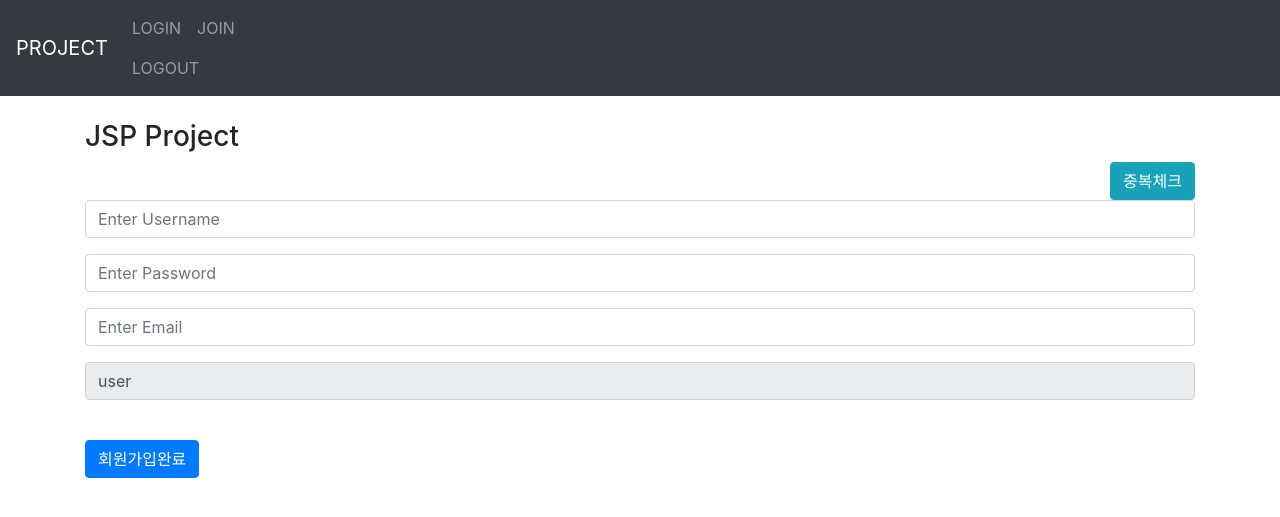
Repository: KuTaeMo/JSP-Project
Page: http://localhost/project/user/join.jsp
The author's editor kept a copy of each file at every save. The page is drawn from the files as they stood at one save, then again after the next save.
The browser window is 1280 px wide. The pictures show the whole page.
The page is served by Tomcat 9. Other server files are loaded and not shown.

Above is the page before, as saved 2021-01-12 04:25:05.

### project/WebContent/user/join.jsp
<%@ page language="java" contentType="text/html; charset=UTF-8"
	pageEncoding="UTF-8"%>

<%@ include file="../layout/header.jsp"%>

<div class="container">
	<form action="/project/user?cmd=join" method="post"
		onsubmit="return valid()" >
		<div class="d-flex justify-content-end">
			<button type="button" class="btn btn-info" onClick="usernameCheck()">중복체크</button>
		</div>
		<div class="form-group">
			<input type="text" name="username" id="username" class="form-control"
				placeholder="Enter Username" required />
		</div>

		<div class="form-group">
			<input type="password" name="password" class="form-control"
				placeholder="Enter Password" required />
		</div>

		<div class="form-group">
			<input type="email" name="email" class="form-control"
				placeholder="Enter Email" required />
		</div>

		<div class="form-group">
			<input type="text" name="role" id="role" class="form-control"
				value="user" placeholder="Default role : USER" required readonly />
		</div>
		<br />
		<button type="submit" class="btn btn-primary">회원가입완료</button>
	</form>
</div>
<script>
	var isChecking = false; //중복체크 변수

	function valid() {
		if (isChecking == false) {
			alert("아이디 중복체크를 해주세요");
		}
		return isChecking;
	}
	function usernameCheck() {
		// DB에서 확인해서 정상이면 isChecking = true
		var username = $("#username").val();
		$.ajax({
			type : "POST",
			url : "/project/user?cmd=usernameCheck",
			data : username,
			contentType : "text/plain; charset=utf-8",
			dataType : "text" // 응답 받을 데이터의 타입을 적으면 자바스크립트 오브젝트로 파싱해줌.
		}).done(function(data) {
			if (data === 'ok') { // 유저네임 있다는 것
				isChecking = false; //false로 바꿔줘야 중복아닌 것 체크하고 나서 다시 체크할 때
									//검사가능
				alert('유저네임이 중복되었습니다.')
			} else {
				isChecking = true;
				$("#username").attr("readonly", "readonly");
				alert("해당 유저네임을 사용할 수 있습니다.")
			}
		});
	}
</script>
</body>
</html>

### project/WebContent/layout/header.jsp
<!DOCTYPE html>
<html lang="en">
<head>
<title>JSP Project</title>
<meta charset="utf-8">
<meta name="viewport" content="width=device-width, initial-scale=1">
<link rel="stylesheet"
	href="https://maxcdn.bootstrapcdn.com/bootstrap/4.5.2/css/bootstrap.min.css">
<script
	src="https://ajax.googleapis.com/ajax/libs/jquery/3.5.1/jquery.min.js"></script>
<script
	src="https://cdnjs.cloudflare.com/ajax/libs/popper.js/1.16.0/umd/popper.min.js"></script>
<script
	src="https://maxcdn.bootstrapcdn.com/bootstrap/4.5.2/js/bootstrap.min.js"></script>
</head>
<body>

	<nav class="navbar navbar-expand-md bg-dark navbar-dark">
		<a class="navbar-brand" href="<%=request.getContextPath()%>/index.jsp">PROJECT</a>
		<button class="navbar-toggler" type="button" data-toggle="collapse"
			data-target="#collapsibleNavbar">
			<span class="navbar-toggler-icon"></span>
		</button>

		<c:choose>
			<c:when test="${sessionScope.principal == null}">
				<div class="collapse navbar-collapse" id="collapsibleNavbar">
					<ul class="navbar-nav">
						<li class="nav-item"><a class="nav-link"
							href="<%=request.getContextPath()%>/user?cmd=loginForm">LOGIN</a>
						</li>
						<li class="nav-item"><a class="nav-link"
							href="<%=request.getContextPath()%>/user?cmd=joinForm">JOIN</a></li>
					</ul>
				</div>
			</c:when>
			<c:otherwise>
				<div class="collapse navbar-collapse" id="collapsibleNavbar">
					<ul class="navbar-nav">
						<li class="nav-item"><a class="nav-link"
							href="<%=request.getContextPath()%>/user?cmd=logout">LOGOUT</a></li>
					</ul>
				</div>
			</c:otherwise>
		</c:choose>
	</nav>

	<br>

	<div class="container">
		<h3>JSP Project</h3>

	</div>

</body>
</html>

After the next save:
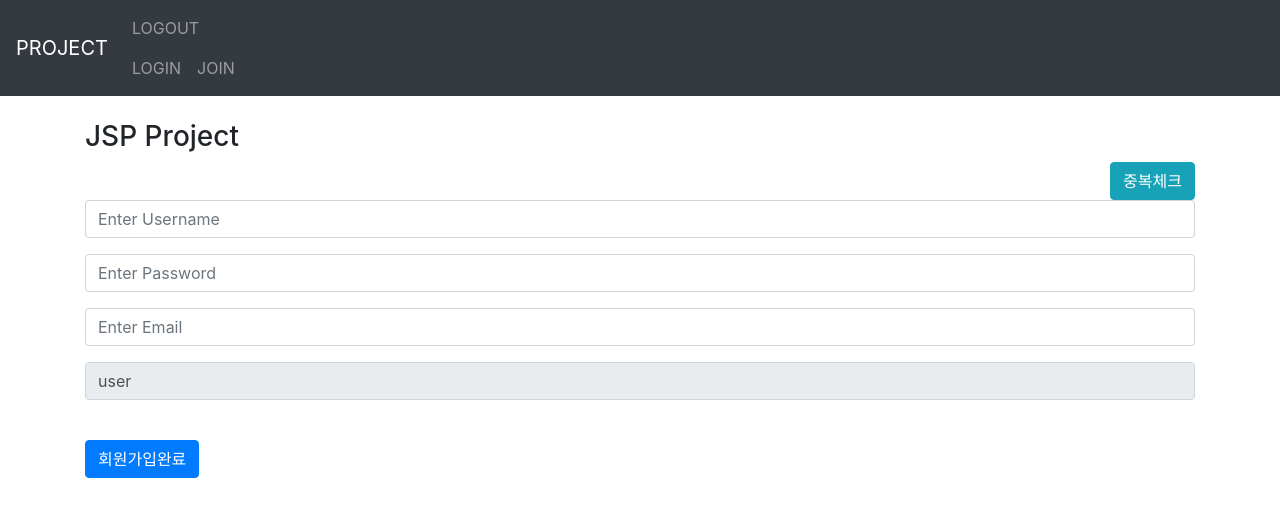
Saved 48 s later.
--- a/project/WebContent/layout/header.jsp
+++ b/project/WebContent/layout/header.jsp
@@ -23,8 +23,16 @@
 		</button>
 
 		<c:choose>
-			<c:when test="${sessionScope.principal == null}">
+			<c:when test="${sessionScope.principal != null}">
 				<div class="collapse navbar-collapse" id="collapsibleNavbar">
+					<ul class="navbar-nav">
+						<li class="nav-item"><a class="nav-link"
+							href="<%=request.getContextPath()%>/user?cmd=logout">LOGOUT</a></li>
+					</ul>
+				</div>
+			</c:when>
+			<c:otherwise>
+			<div class="collapse navbar-collapse" id="collapsibleNavbar">
 					<ul class="navbar-nav">
 						<li class="nav-item"><a class="nav-link"
 							href="<%=request.getContextPath()%>/user?cmd=loginForm">LOGIN</a>
@@ -33,14 +41,7 @@
 							href="<%=request.getContextPath()%>/user?cmd=joinForm">JOIN</a></li>
 					</ul>
 				</div>
-			</c:when>
-			<c:otherwise>
-				<div class="collapse navbar-collapse" id="collapsibleNavbar">
-					<ul class="navbar-nav">
-						<li class="nav-item"><a class="nav-link"
-							href="<%=request.getContextPath()%>/user?cmd=logout">LOGOUT</a></li>
-					</ul>
-				</div>
+
 			</c:otherwise>
 		</c:choose>
 	</nav>
